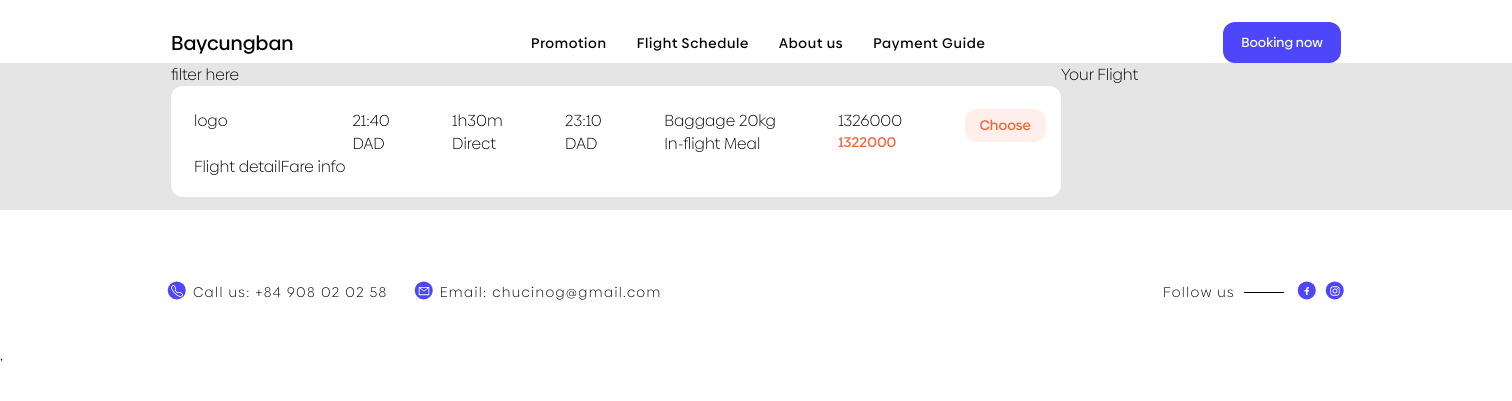
Repository: pinocoding/my-flying
Page: /list (app in my-flying/)
These files come from the project's save history. The page is drawn as it stood at one moment and after the next save; the edit follows.
The browser window is 1280 px wide. The page is 1512 px wide, so the pictures cover 1512 px, including what lies to the right of the window. The pictures show the whole page.
The project was rebuilt for these pictures with package versions that can differ from the ones it lists, and the page was loaded fresh each time. Also part of the build but not shown: my-flying/src/components/InDecreaBtn/InDecreaBtn.js, my-flying/src/components/TravelBooking/TravelBooking.css, my-flying/src/components/TravelBooking/TravelBooking.js, my-flying/src/components/home/Home.css, my-flying/src/components/home/Home.js. Imported but missing from the stored project, and not drawn on this page: my-flying/src/reportWebVitals.

Above is the page before, as saved 2022-09-09 17:06:59.

### my-flying/src/index.js
import React from "react";
import ReactDOM from "react-dom/client";
import "./index.css";
import App from "./App";
import reportWebVitals from "./reportWebVitals";
import "./font/SVN-Biennale/Biennale-Bold.otf";
const root = ReactDOM.createRoot(document.getElementById("root"));
root.render(
  <React.StrictMode>
    <App />
  </React.StrictMode>
);

// If you want to start measuring performance in your app, pass a function
// to log results (for example: reportWebVitals(console.log))
// or send to an analytics endpoint. Learn more: https://bit.ly/CRA-vitals
reportWebVitals();

### my-flying/src/index.css
@font-face {
  font-family: "SVN-Biennale";
  src: local("SVN-Biennale"),
    url("./font/SVN-Biennale/Biennale-Light.otf") format("opentype");

  font-weight: 400;
}

@font-face {
  font-family: "SVN-Biennale";
  src: local("SVN-Biennale"),
    url("./font/SVN-Biennale/Biennale-Medium.otf") format("opentype");

  font-weight: 600;
}

### my-flying/src/App.js
import React from "react";

import { render } from "react-dom";
import { BrowserRouter, Routes, Route } from "react-router-dom";
import Home from "../src/components/Home/Home";
import List from "./components/List/List";
import "./App.css";
function App() {
  return (
    <div className="App">
      <BrowserRouter>
        <Routes>
          <Route path="/" element={<Home />} />
          <Route path="/list" element={<List />} />
        </Routes>
      </BrowserRouter>
      ,
    </div>
  );
}

export default App;

### my-flying/src/components/List/List.js
import React from "react";
import Header from "../Header/Header";
import Footer from "../Footer/Footer";
import "./List.css";
import FlightInfor from "../FlightsInfor/FlightInfor";
function List() {
  return (
    <div className="list">
      <Header />

      <div className="list-container">
        <div className="list-infor">
          {" "}
          <div className="list-filter">filter here</div>
          <div className="list-row">
            <FlightInfor />
          </div>
        </div>

        <div className="list-userFlight">Your Flight</div>
      </div>
      <Footer />
    </div>
  );
}

export default List;

### my-flying/src/App.css
* {
  box-sizing: border-box;
  margin: 0;
  padding: 0;
  scroll-behavior: smooth;
  font-family: "SVN-Biennale", Courier, monospace;
}
.App {
  width: 1512px;
  margin: 0 auto;
}

### my-flying/src/components/Header/Header.js
import React from "react";
import "./Header.css";

function Header() {
  return (
    <div className="header">
      <div className="header-logo">
        <div className="header-logo-name">Baycungban</div>
        {/* <div>img</div>
        <div>img</div> */}
      </div>

      <ul className="header-nav">
        <li>
          <a href="/#">Promotion</a>
        </li>
        <li>
          <a href="/flight-schedule">Flight Schedule</a>
        </li>
        <li>
          <a href="/#">About us</a>
        </li>
        <li>
          <a href="/#">Payment Guide</a>
        </li>
      </ul>

      <button className="header-booking">Booking now</button>
    </div>
  );
}

export default Header;

### my-flying/src/components/Footer/Footer.js
import React from "react";
import { BsTelephone } from "react-icons/bs";
import { AiOutlineMail, AiOutlineInstagram } from "react-icons/ai";
import { TiSocialFacebook } from "react-icons/ti";
import "./Footer.css";
function Footer() {
  return (
    <div className="footer">
      <ul>
        <li>
          <a href="/#" className="footer-link">
            <BsTelephone className="footer-icon" />
          </a>
          <span>Call us: +84 908 02 02 58</span>
        </li>

        <li>
          <a href="/#" className="footer-link">
            <AiOutlineMail className="footer-icon" />
          </a>
          <span>Email: chucinog@gmail.com</span>
        </li>
      </ul>

      <div>
        <span className="footer-follow">Follow us</span>
        <a href="/#" className="footer-link footer-facebook">
          <TiSocialFacebook className="footer-icon" />
        </a>
        <a href="/#" className="footer-link">
          <AiOutlineInstagram className="footer-icon" />
        </a>
      </div>
    </div>
  );
}

export default Footer;

### my-flying/src/components/List/List.css
.list-container {
  display: flex;

  background-color: #e5e5e5;
  padding: 0 171px 0 171px;
}

.list-row {
  width: 890px;
  height: 124px;
  border-radius: 12px;
}

### my-flying/src/components/FlightsInfor/FlightInfor.js
import React from "react";
import "./FlightInfor.css";

function FlightInfor() {
  return (
    <div className="flight-container">
      <ul className="flight-list">
        <li>logo</li>
        <li className="flight-name"></li>
        <li className="flight-time">
          <p>21:40</p>
          <p>DAD</p>
        </li>

        <li className="flight-direc">
          <p>1h30m</p>
          <p></p>
          <p>Direct</p>
        </li>
        <li className="flight-time">
          <p>23:10</p>
          <p>DAD</p>
        </li>

        <li className="flight-meal">
          <p>Baggage 20kg </p>
          <p>In-flight Meal </p>
        </li>

        <li className="flight-price">
          <p className="flight-old">1326000</p>
          <p className="flight-new">1322000</p>
        </li>
        <li className="flight-choose">
          <button>Choose</button>
        </li>
      </ul>

      <ul>
        <li>Flight detail</li>
        <li>Fare info</li>
      </ul>
    </div>
  );
}

export default FlightInfor;

### my-flying/src/components/Header/Header.css
.header {
  display: flex;
  justify-content: space-between;
  text-align: center;
  padding: 22px 171px 0 171px;
}
.header-logo {
  display: flex;
}
.header-logo-name {
  font-weight: 600;
  font-size: 20px;
  align-items: center;
  display: flex;
}
.header-nav {
  display: flex;
  list-style: none;
  justify-content: space-between;
  gap: 0 30px;
  align-items: center;
}
.header-nav li a {
  color: rgba(0, 0, 0, 1);
  text-decoration: none;
  font-family: "SVN-Biennale";
  font-style: normal;
  font-weight: 600;
  font-size: 14px;
  line-height: 21px;

  text-align: center;
  letter-spacing: 0.05em;
}
.header-booking {
  background-color: rgba(77, 70, 250, 1);
  color: white;
  height: 41px;
  width: 118px;
  left: 1223px;
  top: 38px;
  border-radius: 12px;
  padding: 10px 16px 10px 16px;
  border: none;
  cursor: pointer;
  font-weight: 600;
}

### my-flying/src/components/Footer/Footer.css
.footer {
  display: flex;
  justify-content: space-between;
  text-align: center;
  width: 100%;
  padding: 70px 171px 40px 171px;
}
.footer ul {
  list-style: none;
  display: flex;
  gap: 0 30px;
}
.footer-link {
  position: relative;
}
.footer-icon {
  color: white;
  font-size: 12px;
}

.footer-link:after {
  content: "";
  position: absolute;
  top: 0;
  left: 0;
  width: 18px;
  height: 18px;
  border-radius: 50%;
  transform: translate(-18%, 8%);
  background-color: #4d46fa;

  z-index: -1;
}
.footer ul li span {
  padding-left: 10px;
  font-family: "SVN-Biennale";
  font-style: normal;
  font-weight: 400;
  font-size: 14px;
  line-height: 21px;
  /* identical to box height */

  letter-spacing: 0.1em;

  color: #000000;
}
.footer-follow {
  width: 72px;
  height: 21px;
  font-family: "SVN-Biennale";
  font-style: normal;
  font-weight: 400;
  font-size: 14px;
  line-height: 21px;
  /* identical to box height */

  letter-spacing: 0.1em;

  color: #000000;

  position: relative;
  margin-right: 50px;
}

.footer-follow:after {
  content: "";
  position: absolute;
  top: 50%;
  right: 0;
  width: 40px;
  height: 1px;
  left: 81px;
  background-color: black;

  z-index: -1;
}
.footer-facebook {
  margin: 0 16px 0 16px;
}

### my-flying/src/components/FlightsInfor/FlightInfor.css
.flight-container {
  width: 100%;
  background: #ffffff;
  border-radius: 12px;
  padding: 23px 15px 19px 23px;
}

.flight-container .flight-list {
  list-style: none;
  display: flex;
  justify-content: space-between;
}

.flight-container ul {
  list-style: none;
  display: flex;
}
.flight-old {




}
.flight-new {
  font-family: "SVN-Biennale";
  font-style: normal;
  font-weight: 600;
  font-size: 14px;
  line-height: 21px;

  color: #f06336;
}
.flight-choose button {
  padding: 6px 15px;
  border: none;
  color: #f06336;
  font-family: "SVN-Biennale";
  font-style: normal;
  font-weight: 600;
  font-size: 14px;
  line-height: 21px;
  background: rgba(240, 99, 54, 0.1);
  border-radius: 12px;
}

After the next save:
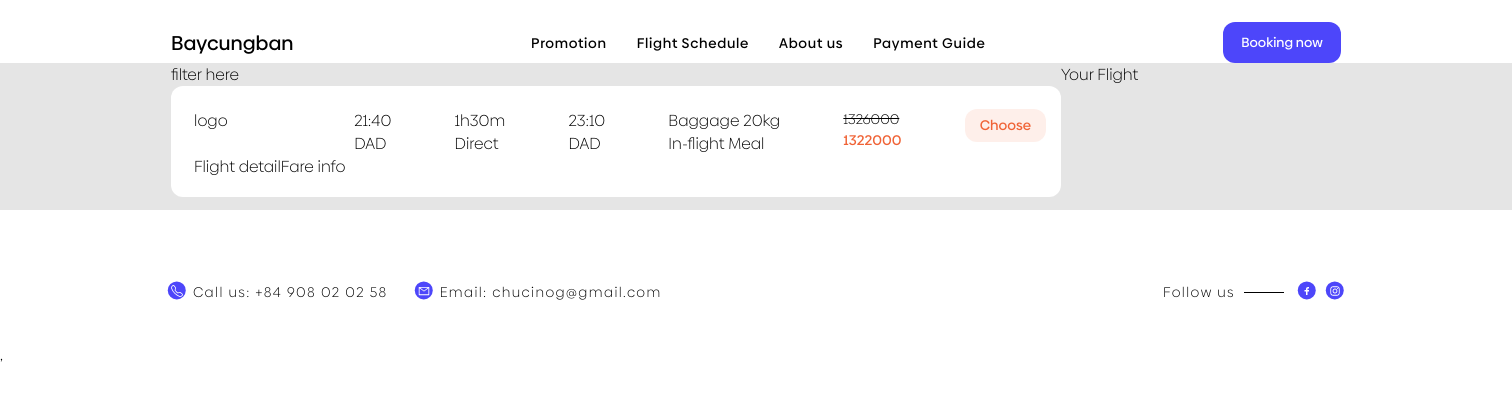
Saved 16 s later.
--- a/my-flying/src/components/FlightsInfor/FlightInfor.css
+++ b/my-flying/src/components/FlightsInfor/FlightInfor.css
@@ -16,10 +16,14 @@
   display: flex;
 }
 .flight-old {
+  font-family: "SVN-Biennale";
+  font-style: normal;
+  font-weight: 400;
+  font-size: 14px;
+  line-height: 21px;
+  /* identical to box height */
 
-
-
-
+  text-decoration-line: line-through;
 }
 .flight-new {
   font-family: "SVN-Biennale";
